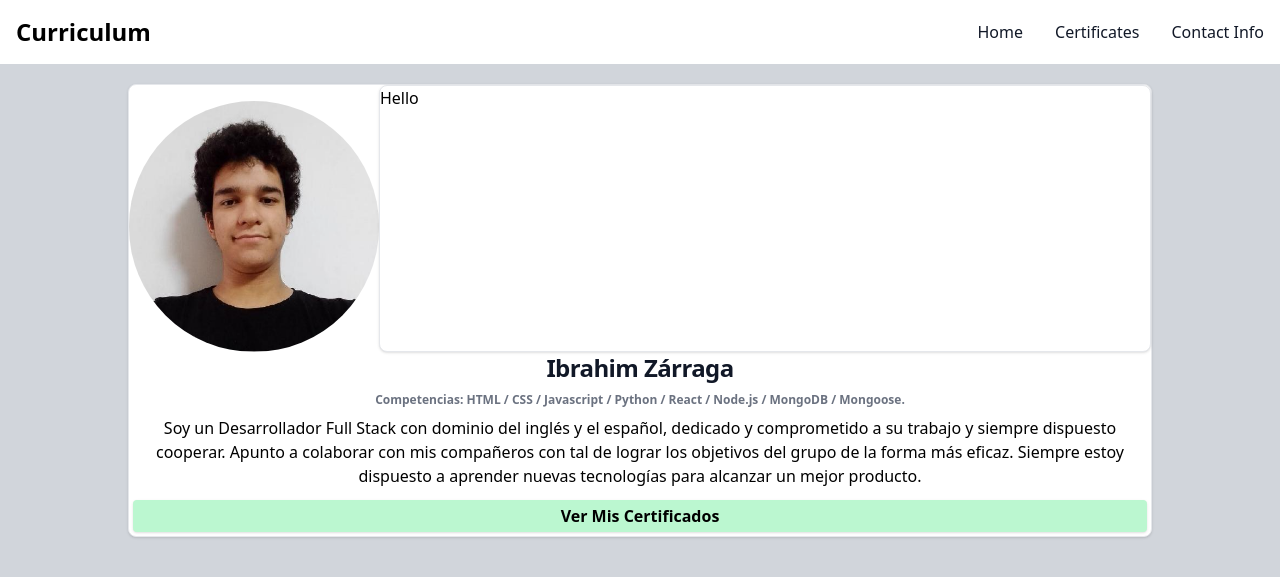
Repository: JetPi/Presentatio-Project
Page: /
These files come from the project's save history. The page is drawn as it stood at one moment and after the next save; the edit follows.
The browser window is 1280 px wide. The pictures show the whole page.
The project was rebuilt for these pictures with package versions that can differ from the ones it lists, and the page was loaded fresh each time. The framework's server and built-in components were replaced by stand-ins that run in the browser. Also part of the build but not shown: next.config.js.

Above is the page before, as saved 2023-04-04 13:12:32.

After the next save:
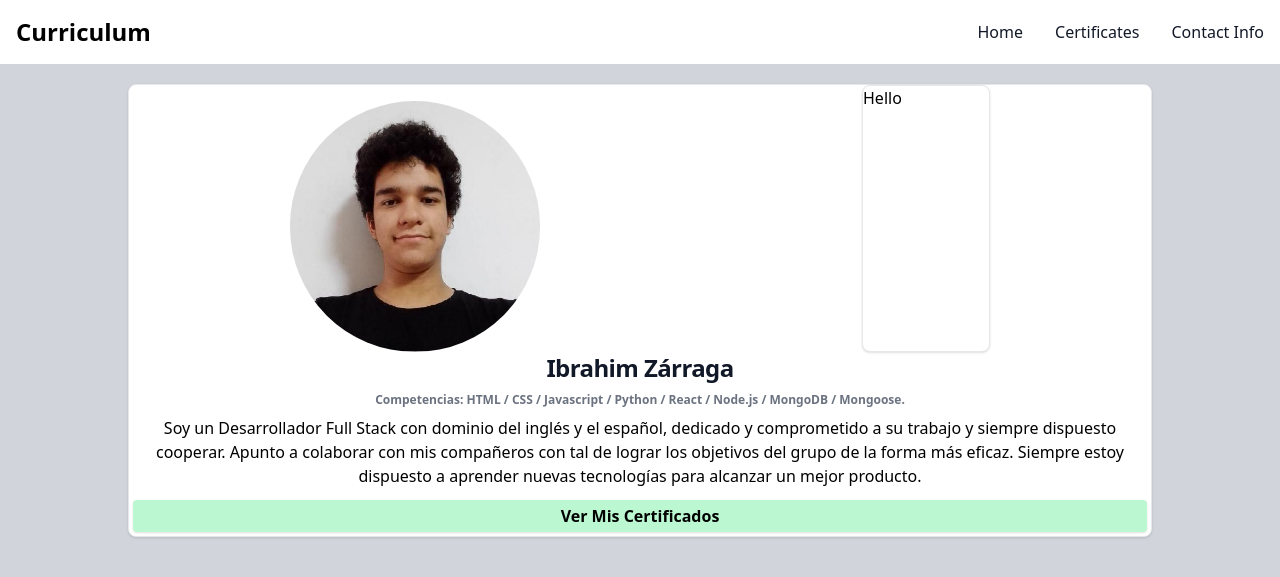
Saved 16 s later.
--- a/src/pages/index.tsx
+++ b/src/pages/index.tsx
@@ -59,7 +59,7 @@ export default function Home() {
               height={250}
               alt={"Profile Photo"}
             />
-            <Card styling="bg-blue-100 mx-auto w-full">Hello</Card>
+            <Card styling="bg-blue-100 mx-auto w-32">Hello</Card>
           </div>
           <CardTitle>Ibrahim Zárraga</CardTitle>
           <div className="mx-auto text-xs font-semibold text-gray-500">
